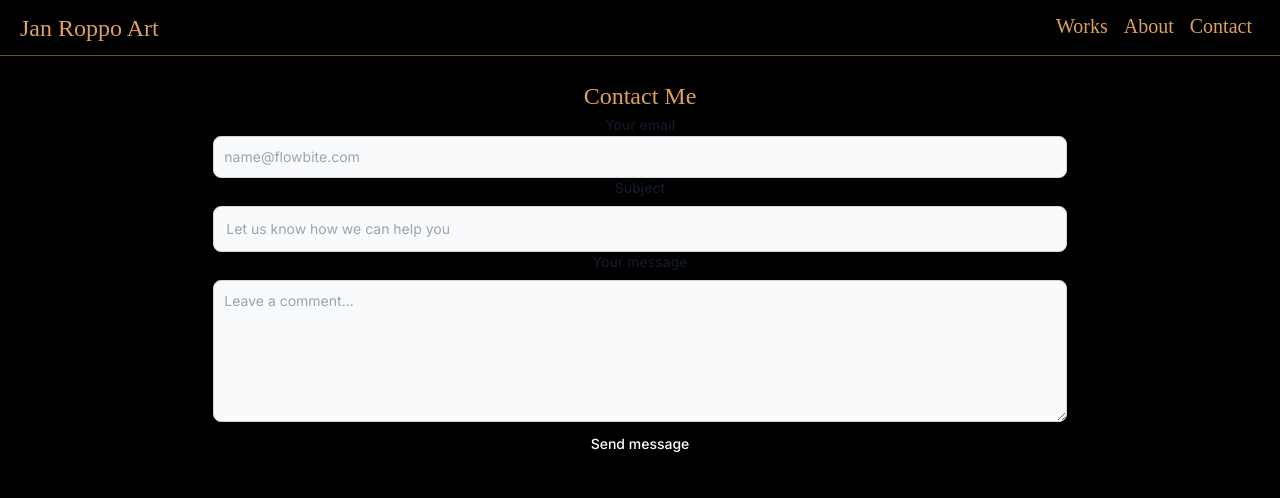
Repository: YanceMcFinn/JRArt
Page: /contact
These files come from the project's save history. The page is drawn as it stood at one moment and after the next save; the edit follows.
The browser window is 1280 px wide. The pictures show the whole page.
The project was rebuilt for these pictures with package versions that can differ from the ones it lists, and the page was loaded fresh each time. The framework's server and built-in components were replaced by stand-ins that run in the browser. Also part of the build but not shown: next.config.js.

Above is the page before, as saved 2023-10-19 20:22:29.

### app/layout.js
import './globals.css'
import { Inter } from 'next/font/google'

import Navbar from './components/Navbar'

const inter = Inter({ subsets: ['latin'] })

export const metadata = {
  title: 'Jan Roppo Art',
  description: 'The art of Jan Roppo',
}

export default function RootLayout({ children }) {
  return (
    <html lang="en">
      <body className={inter.className}>
        <Navbar />
        {children}
      </body>
    </html>
  )
}

### app/contact/page.jsx
'use client'

import Image from 'next/image'

export default function Contact() {
    return(
        <div className='text-main-color text-center justify-content-center mt-20'>
            <div className='title text-center text-2xl'>Contact Me</div>
                <form className='w-2/3 mx-auto'>
                    <div>
                        <label for="email" class=" mb-2 text-sm font-medium text-gray-900 dark:text-gray-300">Your email</label>
                        <input type="email" id="email" class="shadow-sm bg-gray-50 border border-gray-300 text-gray-900 text-sm rounded-lg focus:ring-primary-500 focus:border-primary-500 block w-full p-2.5 dark:bg-gray-700 dark:border-gray-600 dark:placeholder-gray-400 dark:text-white dark:focus:ring-primary-500 dark:focus:border-primary-500 dark:shadow-sm-light" placeholder="name@flowbite.com" required/>
                    </div>
                    <div>
                        <label for="subject" class="block mb-2 text-sm font-medium text-gray-900 dark:text-gray-300">Subject</label>
                        <input type="text" id="subject" class="block p-3 w-full text-sm text-gray-900 bg-gray-50 rounded-lg border border-gray-300 shadow-sm focus:ring-primary-500 focus:border-primary-500 dark:bg-gray-700 dark:border-gray-600 dark:placeholder-gray-400 dark:text-white dark:focus:ring-primary-500 dark:focus:border-primary-500 dark:shadow-sm-light" placeholder="Let us know how we can help you" required/>
                    </div>
                <div class="sm:col-span-2">
              <label for="message" class="block mb-2 text-sm font-medium text-gray-900 dark:text-gray-400">Your message</label>
              <textarea id="message" rows="6" class="block p-2.5 w-full text-sm text-gray-900 bg-gray-50 rounded-lg shadow-sm border border-gray-300 focus:ring-primary-500 focus:border-primary-500 dark:bg-gray-700 dark:border-gray-600 dark:placeholder-gray-400 dark:text-white dark:focus:ring-primary-500 dark:focus:border-primary-500" placeholder="Leave a comment..."></textarea>
          </div>
          <button type="submit" class="py-3 px-5 text-sm font-medium text-center text-white rounded-lg bg-primary-700 sm:w-fit hover:bg-primary-800 focus:ring-4 focus:outline-none focus:ring-primary-300 dark:bg-primary-600 dark:hover:bg-primary-700 dark:focus:ring-primary-800">Send message</button>
      </form>
        </div>
    )
}

### app/globals.css
@tailwind base;
@tailwind components;
@tailwind utilities;

body {
 background-color: black;
}

.title {
    font-family: 'Macondo', cursive;
}

### app/components/Navbar.jsx
import React from "react";

const Navbar = () => {
    return(
    <>
    <div className="top-0 w-full h-14 bg-black px-5 py-3 text-main-color border-b border-b-main-color/50 fixed">
      <div className="float-left title text-2xl">
        <a className="hover:text-white" href="/">Jan Roppo Art</a>
      </div>
      <div className="float-right title text-xl">
        <ul>
        <li className="inline px-2">
            <a href="/" className="hover:text-white">Works</a>
          </li>
          <li className="inline px-2">
            <a href="/about" className="hover:text-white">About</a>
          </li>
          <li className="inline px-2">
            <a href="/contact" className="hover:text-white">Contact</a>
          </li>
        </ul>
      </div>
    </div>
    </>

    )
}

export default Navbar

### tailwind.config.js
/** @type {import('tailwindcss').Config} */
module.exports = {
  content: [
    './pages/**/*.{js,ts,jsx,tsx,mdx}',
    './components/**/*.{js,ts,jsx,tsx,mdx}',
    './app/**/*.{js,ts,jsx,tsx,mdx}',
  ],
  theme: {
    extend: {
      backgroundImage: {
      },
      colors: {
        'main-color': '#dda15e'
      },
    },
  },
  plugins: [],
}

After the next save:
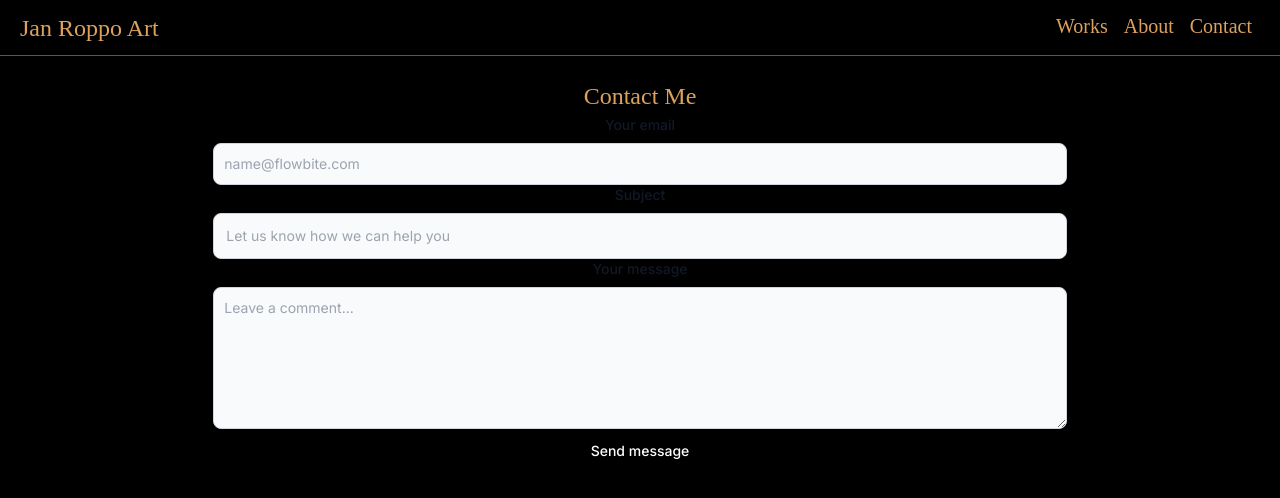
Saved 41 s later.
--- a/app/contact/page.jsx
+++ b/app/contact/page.jsx
@@ -8,7 +8,7 @@
             <div className='title text-center text-2xl'>Contact Me</div>
                 <form className='w-2/3 mx-auto'>
                     <div>
-                        <label for="email" class=" mb-2 text-sm font-medium text-gray-900 dark:text-gray-300">Your email</label>
+                        <label for="email" class="inline-block mb-2 text-sm font-medium text-gray-900 dark:text-gray-300">Your email</label>
                         <input type="email" id="email" class="shadow-sm bg-gray-50 border border-gray-300 text-gray-900 text-sm rounded-lg focus:ring-primary-500 focus:border-primary-500 block w-full p-2.5 dark:bg-gray-700 dark:border-gray-600 dark:placeholder-gray-400 dark:text-white dark:focus:ring-primary-500 dark:focus:border-primary-500 dark:shadow-sm-light" placeholder="name@flowbite.com" required/>
                     </div>
                     <div>

After the save that followed:
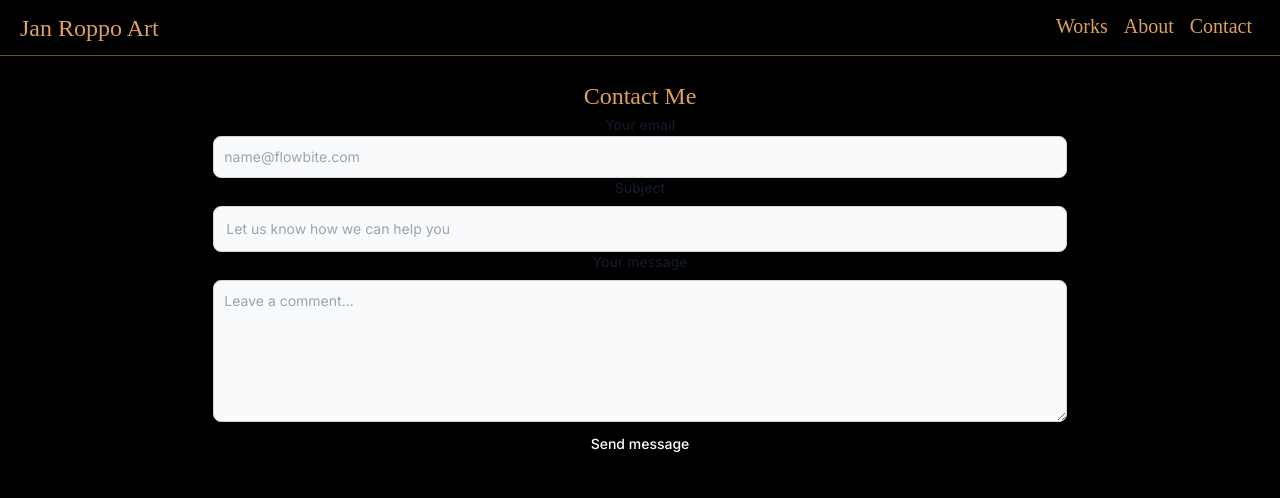
Saved 33 s later.
--- a/app/contact/page.jsx
+++ b/app/contact/page.jsx
@@ -8,7 +8,7 @@
             <div className='title text-center text-2xl'>Contact Me</div>
                 <form className='w-2/3 mx-auto'>
                     <div>
-                        <label for="email" class="inline-block mb-2 text-sm font-medium text-gray-900 dark:text-gray-300">Your email</label>
+                        <label for="email" class="inline mb-2 text-sm font-medium text-gray-900 dark:text-gray-300">Your email</label>
                         <input type="email" id="email" class="shadow-sm bg-gray-50 border border-gray-300 text-gray-900 text-sm rounded-lg focus:ring-primary-500 focus:border-primary-500 block w-full p-2.5 dark:bg-gray-700 dark:border-gray-600 dark:placeholder-gray-400 dark:text-white dark:focus:ring-primary-500 dark:focus:border-primary-500 dark:shadow-sm-light" placeholder="name@flowbite.com" required/>
                     </div>
                     <div>
